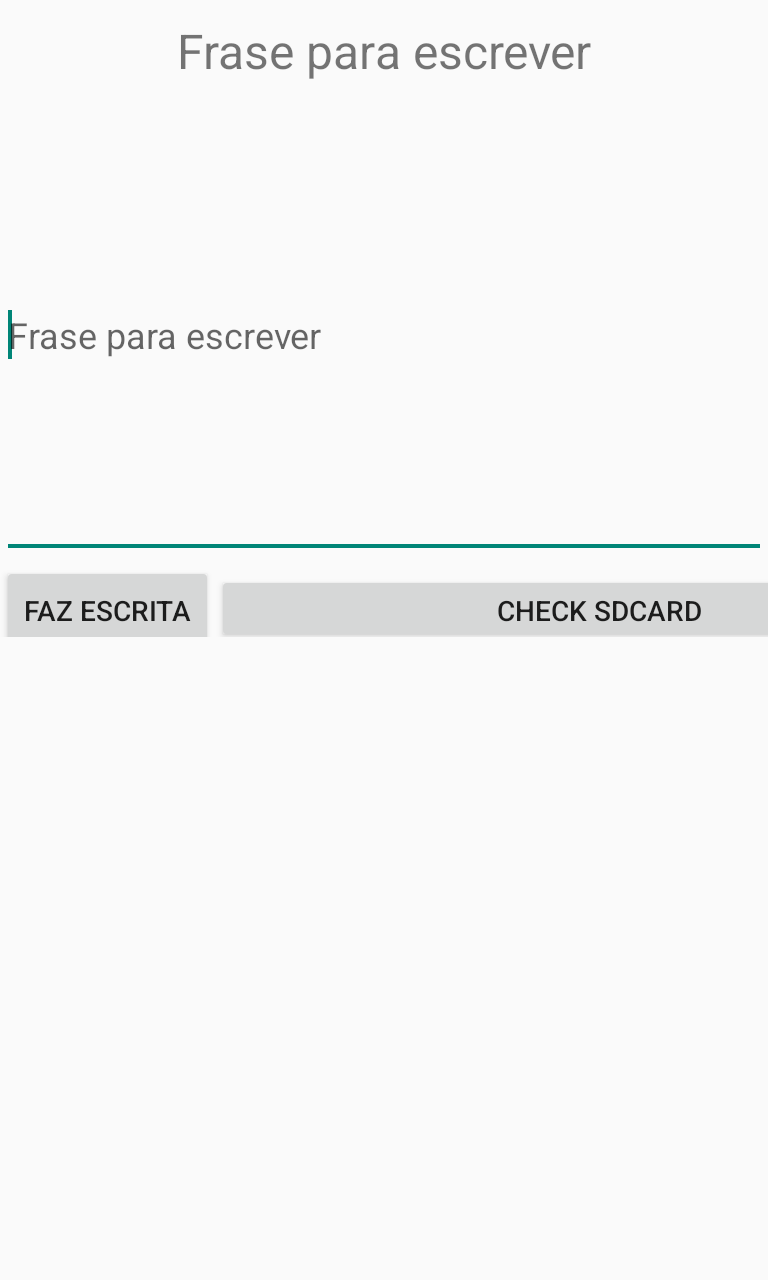
Repository: gokugohan/ddm
Layout: FileSystem1/res/layout/activity_main.xml
An editor plug-in stored every save of this project. The layout is shown before and after the next save, followed by the edit.
It is drawn on a 768 x 1280 px phone screen (xhdpi) without system bars, with theme AppTheme; the app's code is not run.

Above is the layout before, as saved 2014-11-28 12:24:26.

After the next save:
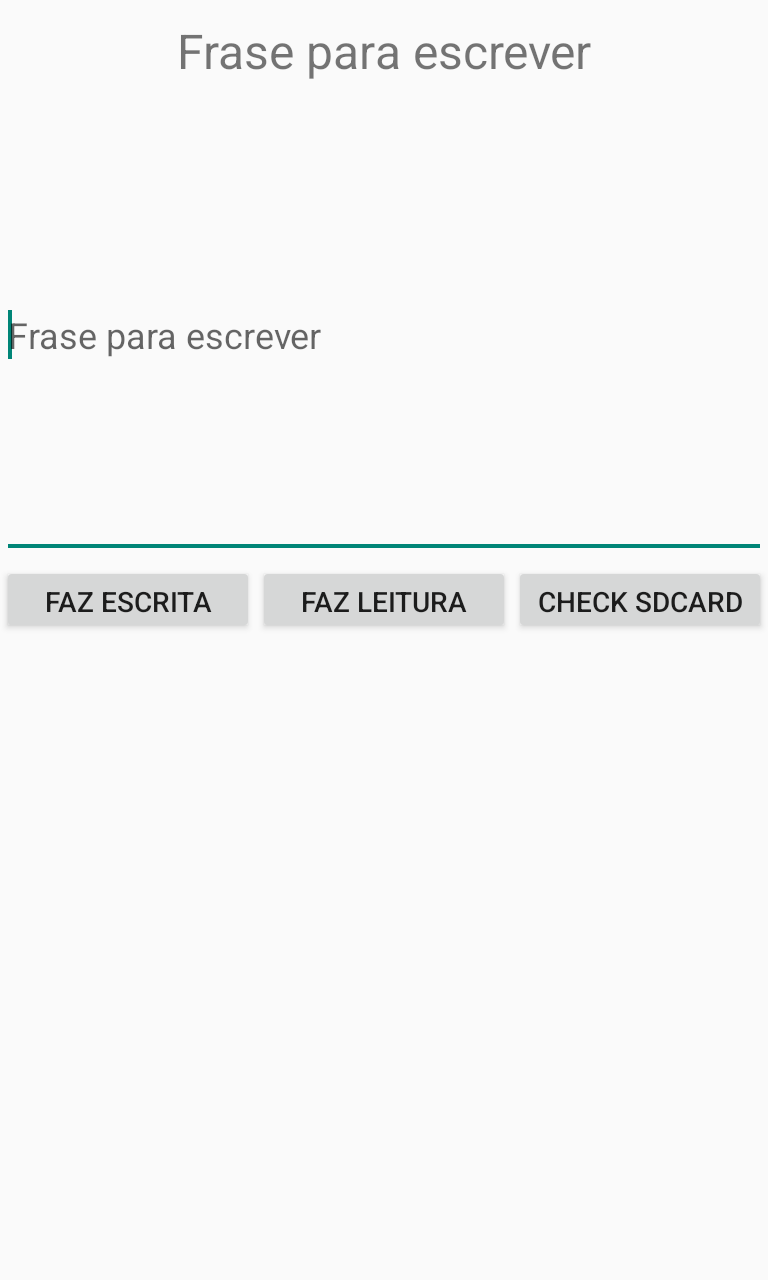
Saved 14 s later.
--- a/FileSystem1/res/layout/activity_main.xml
+++ b/FileSystem1/res/layout/activity_main.xml
@@ -44,12 +44,13 @@
         <Button
             android:id="@+id/id_btn_ler"
             android:layout_width="0dp"
-            android:layout_weight="0dp"
+            android:layout_weight="1"
             android:layout_height="wrap_content"
             android:text="@string/str_faz_leitura" />
         <Button
             android:id="@+id/id_btn_check_sdcard"
-            android:layout_width="match_parent"
+            android:layout_width="0dp"
+            android:layout_weight="1"
             android:layout_height="wrap_content"
             android:text="@string/str_check_sd_card" />
     </LinearLayout>
